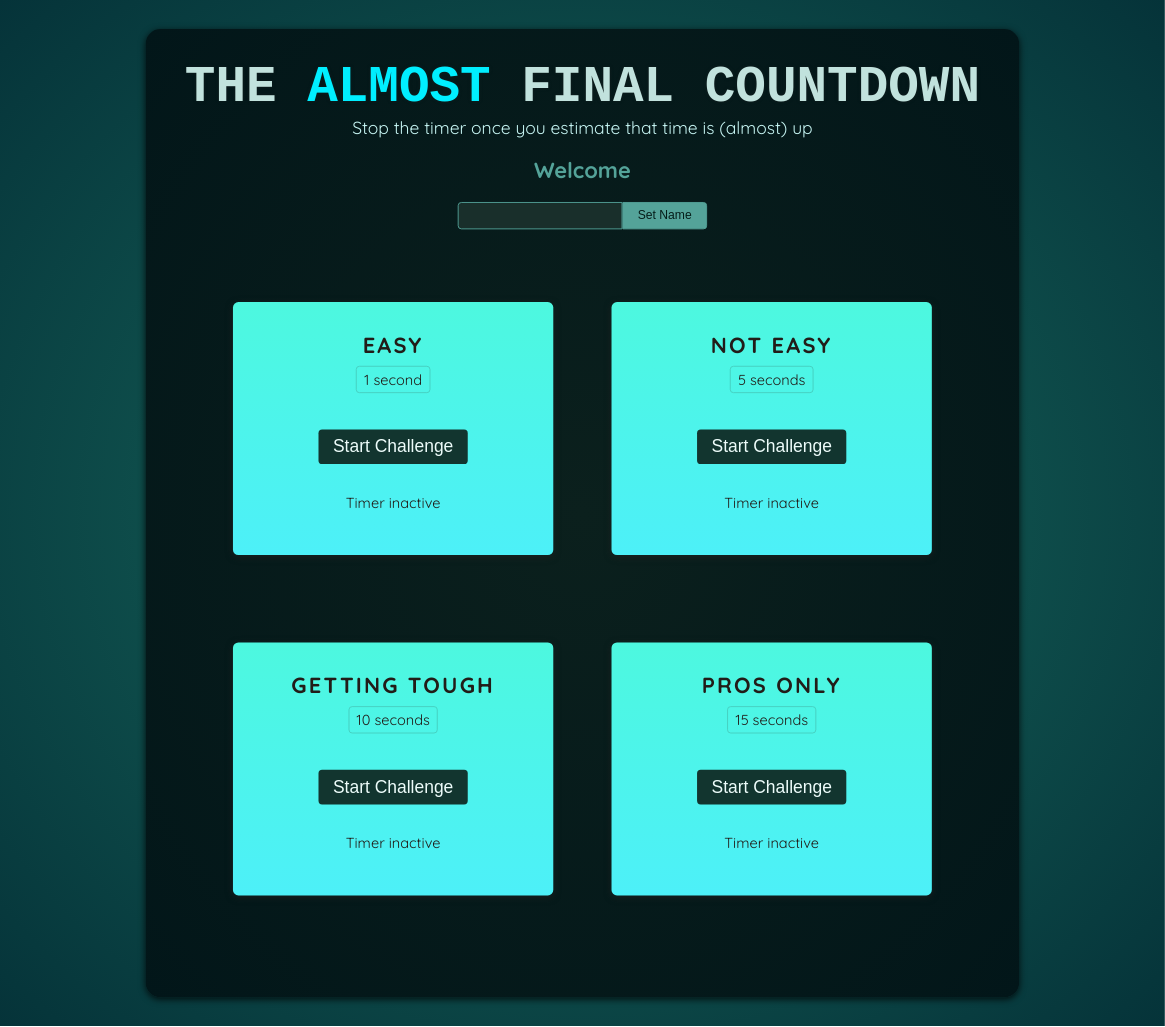
Repository: H-ala/react-near-end
Page: /
The author's editor kept a copy of each file at every save. The page is drawn from the files as they stood at one save, then again after the next save.
The browser window is 1280 px wide. The pictures show the whole page, at 91% of full size.
Some web fonts or font styles are not loaded; a fallback is used. The project was rebuilt for these pictures with package versions that can differ from the ones it lists, and the page was loaded fresh each time. Also part of the build but not shown: vite.config.js.

Above is the page before, as saved 2025-09-26 17:08:01.

### src/App.jsx
import Player from './components/Player.jsx';
import TimerChallenge from './components/TimerChallenge.jsx';

function App() {
  return (
    <>
      <Player />
      <div id="challenges">
        <TimerChallenge title="Easy" targetTime={1} />
        <TimerChallenge title="Not easy" targetTime={5} />
        <TimerChallenge title="Getting tough" targetTime={10} />
        <TimerChallenge title="Pros Only" targetTime={15} />
      </div>
    </>
  );
}

export default App;

### src/components/Player.jsx
import { useState, useRef } from "react";

export default function Player() {
  const playerName = useRef();
  const [enteredPlayerName, setEnteredPlayerName] = useState("");

  function handleClick() {
    setEnteredPlayerName(playerName.current.value);
    playerName.current.value = "";
  }

  return (
    <section id="player">
      <h2>Welcome {enteredPlayerName ?? "unknown entity"}</h2>
      <p>
        <input
          ref={playerName}
          type="text"
        />
        <button onClick={handleClick}>Set Name</button>
      </p>
    </section>
  );
}

### src/components/TimerChallenge.jsx
import { useState, useRef } from "react";
import ResultModal from "./ResultModal";

export default function TimerChallenge({ title, targetTime }) {
  const [timerStarted, setTimerStarted] = useState(false);
  const [timerExpired, setTimerExpired] = useState(false);
  const timer = useRef();
  const dialog = useRef();

  function handleStart() {
    timer.current = setTimeout(() => {
      setTimerExpired(true);
      dialog.current.showModal();
    }, targetTime * 1000);

    setTimerStarted(true);
  }

  function handleStop() {
    clearTimeout(timer.current);
  }

  return (
    <>
      <ResultModal ref={dialog} targetTime={targetTime} result="Lost" />
      <section className="challenge">
        <h2>{title}</h2>
        <p className="challenge-time">
          {targetTime} second{targetTime > 1 ? "s" : ""}
        </p>
        <p>
          <button onClick={timerStarted ? handleStop : handleStart}>
            {timerStarted ? "Stop" : "Start"} Challenge
          </button>
        </p>
        <p className={timerStarted ? "active" : undefined}>
          {timerStarted ? "Time is running..." : "Timer inactive"}
        </p>
      </section>
    </>
  );
}

### src/components/ResultModal.jsx
export default function ResultModal({ ref, result, targetTime }) {
  return (
      <dialog ref={ref} className="result-modal">
        <h2>You {result}!</h2>
      <p>
        The targer time was <strong>{targetTime} seconds. </strong>
      </p>
      <p>
        You stopped the time with <strong>X seconds left.</strong>
      </p>
      <form action="dialog">
        <button>Close</button>
      </form>
    </dialog>
  );
}

Loaded but not shown: index.html (common file); src/main.jsx (common file); src/index.css (common file)

After the next save:
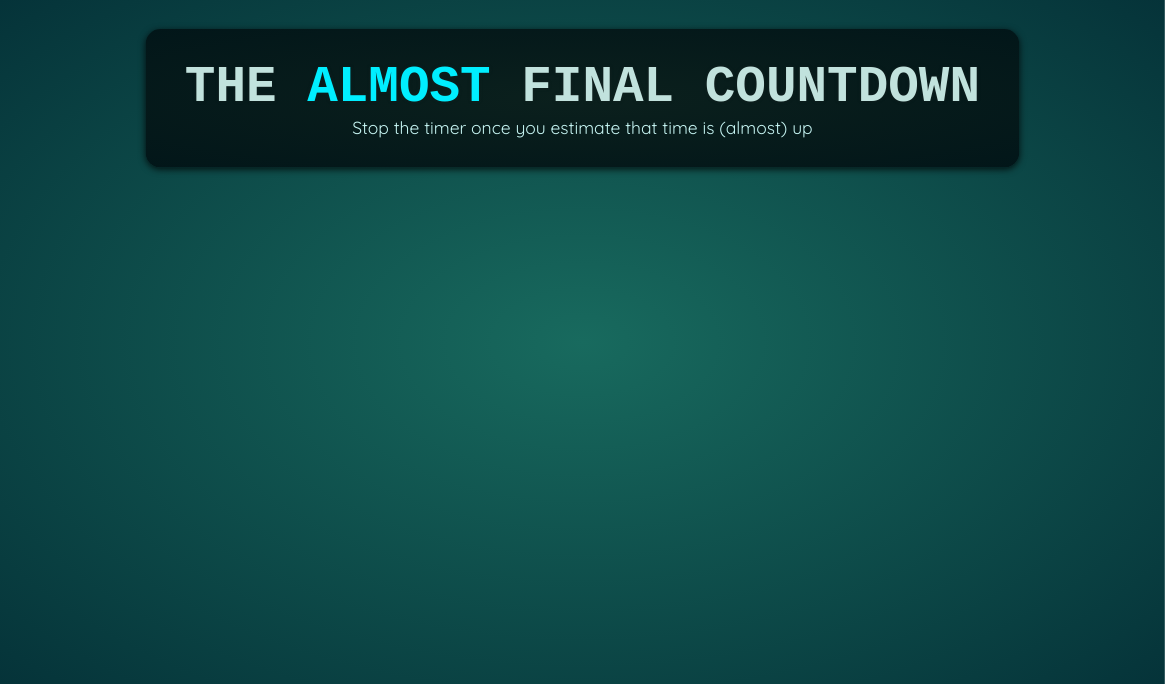
Console error: TypeError: create is not a function
Saved 74 min 55 s later.
--- a/src/components/ResultModal.jsx
+++ b/src/components/ResultModal.jsx
@@ -1,7 +1,11 @@
+import { useImperativeHandle } from "react";
+
 export default function ResultModal({ ref, result, targetTime }) {
+  useImperativeHandle(ref);
+
   return (
-      <dialog ref={ref} className="result-modal">
-        <h2>You {result}!</h2>
+    <dialog ref={ref} className="result-modal">
+      <h2>You {result}!</h2>
       <p>
         The targer time was <strong>{targetTime} seconds. </strong>
       </p>

After the save that followed:
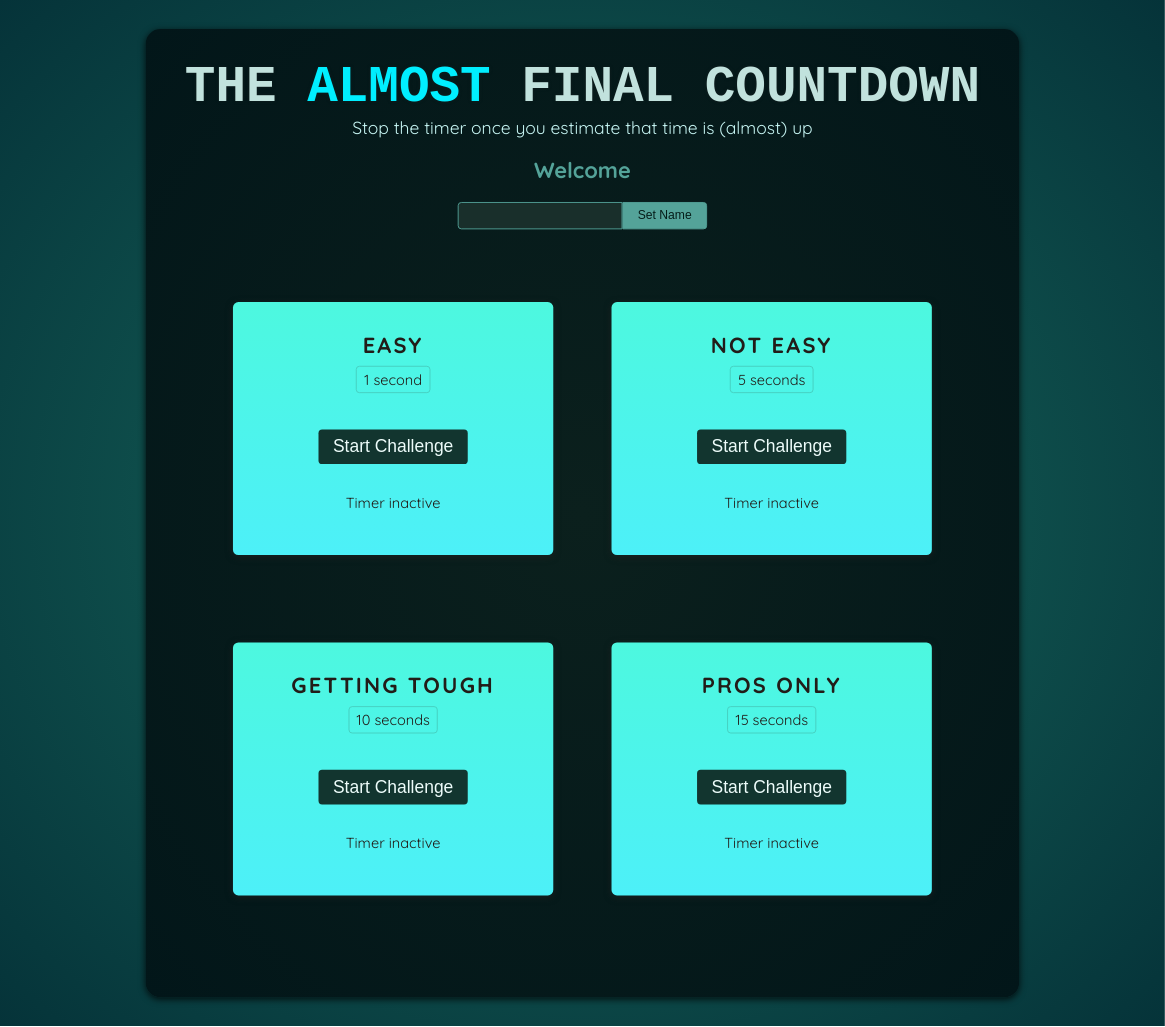
The error is gone.
Saved 74 s later.
--- a/src/components/ResultModal.jsx
+++ b/src/components/ResultModal.jsx
@@ -1,7 +1,7 @@
 import { useImperativeHandle } from "react";
 
 export default function ResultModal({ ref, result, targetTime }) {
-  useImperativeHandle(ref);
+  useImperativeHandle(ref, () => {});
 
   return (
     <dialog ref={ref} className="result-modal">
